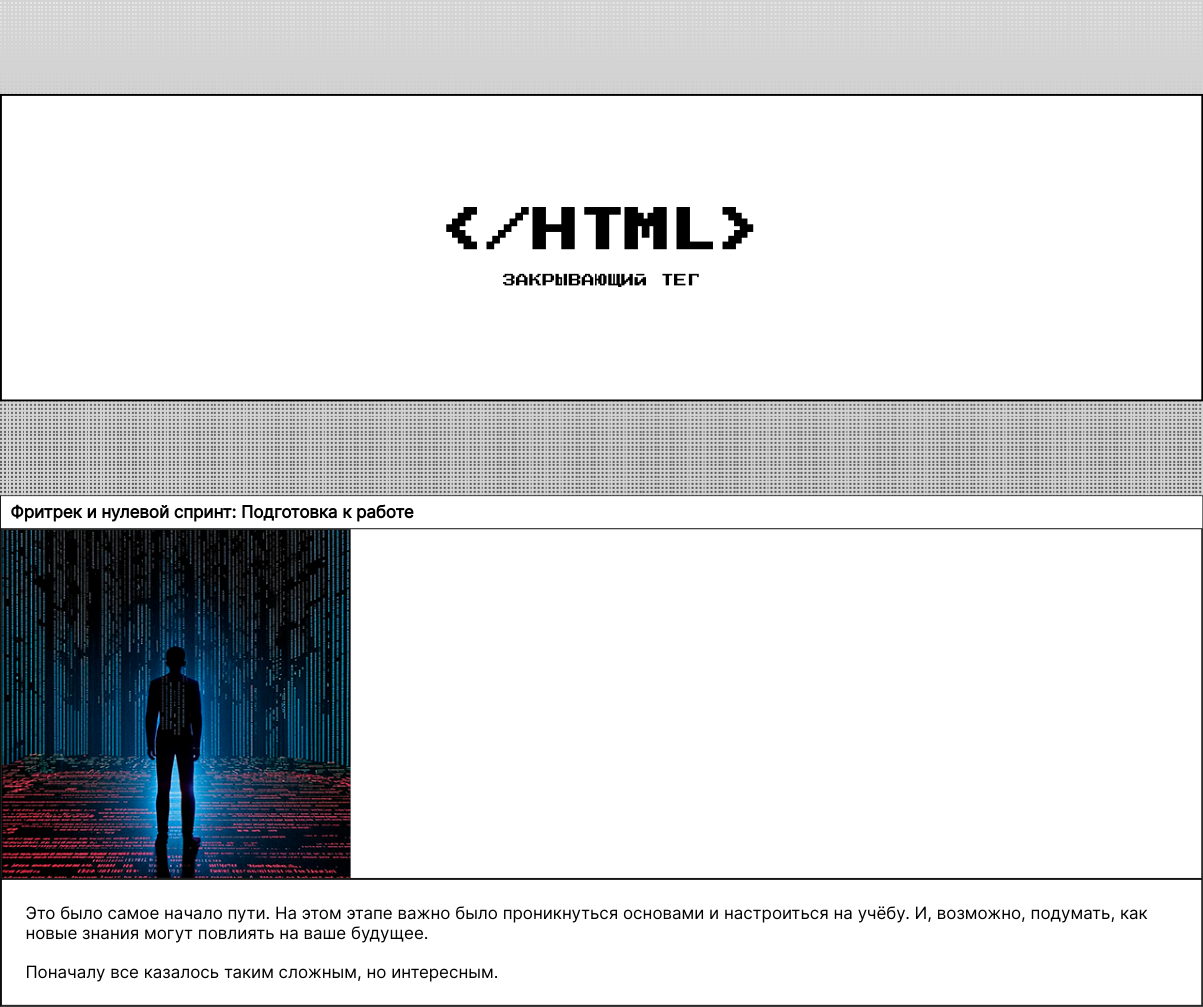
Repository: NikWolf75/zakrivayuschiy-teg-f
Page: index.html
An editor plug-in stored every save of this project. The page is shown before and after the next save, followed by the edit.
The browser window is 1280 px wide. The pictures show the whole page, at 94% of full size.
Backgrounds fixed to the window are drawn as part of the page.

Above is the page before, as saved 2025-03-16 17:43:16.

### index.html
<!DOCTYPE html>
<html lang="ru">
  <head>
    <meta charset="UTF-8" />
    <meta name="viewport" content="width=device-width, initial-scale=1.0" />
    <title>Закрывающий тег</title>
    <link rel="icon" href="./svg/favicon.svg" type="image/svg+xml" />
    <link rel="apple-touch-icon" href="./images/favicon.png" />
    <link rel="stylesheet" href="./fonts/fonts.css" />
    <link rel="stylesheet" href="./styles/variables.css" />
    <link rel="stylesheet" href="./styles/globals.css" />
    <link rel="stylesheet" href="./styles/style.css" />
    <link rel="stylesheet" href="./styles/animations.css" />
  </head>
  <body class="page">
    <header class="header">
      <div class="container">
        <h1 class="title-header">&lt;/HTML&gt;</h1>
        <h2 class="subtitle-header">закрывающий тег</h2>
      </div>
    </header>
    <main>
      <ul class="container__card">
        <li class="card">
          <h2 class="card__title">Фритрек и нулевой спринт: Подготовка к работе</h2>
          <div data-label="&lt;растерянность&gt;" class="wrap-image">
            <img src="./images/confusion.png" alt="растерянность перед кодом" class="post-image" />
          </div>
          <div class="card__desc">
            <p class="main__text">
              Это было самое начало пути.
              На этом этапе важно было проникнуться основами
              и настроиться на учёбу. И, возможно, подумать,
              как новые знания могут повлиять на ваше будущее.
            </p>
            <p class="main__sub-text">
              Поначалу все казалось таким сложным, но интересным.
            </p>
          </div>
        </li>
      </ul>
    </main>
    <script src="./scripts/like.js"></script>
  </body>
</html>

### fonts/fonts.css
/* В этом файле вы импортируете все шрифты для сайта. Один из них вариативный и требует особенной настройки */
@font-face {
    font-family: 'PressStart2P';
    font-style: normal;
    font-weight: 400;
    font-display: swap;
    src:
        local('PressStart2P'),
        url(./PressStart2P-Regular.woff) format('woff');
}

@font-face {
    font-family: 'Inter';
    font-weight: 400;
    font-display: swap;
    src:
        local('Inter')
        url(./Inter-Variable.woff2) format('woff2 support variations'),
        url(./Inter-Variable.woff2) format('woff2-variations')
}

### styles/variables.css
/* В этом файле будут храниться все значения переменных в исходном состоянии, а так же их изменения в зависимости от ширины устройства */
:root {
--font-title-ps2p: 'PressStart2P', sans-serif;
--font-title-Inter: 'Inter', sans-serif;
--background-gradient-main:#d3d3d3;
--background-gradient-line:#e7e7e7;
--background-gradient-lines:#1a1a1a;
--font-weight-normal: 400;
--font-weight-bold: 700;

--gradients: repeating-linear-gradient(-90deg, #d3d3d3 0px, #d3d3d3 2px, transparent 2px, transparent 4px),
repeating-linear-gradient(#d3d3d3 0px, #d3d3d3 2px, transparent 2px, transparent 4px),
repeating-linear-gradient(#e7e7e7 0.01%, #1a1a1a);

--backround-color: #fff;
--border-color: #000;
}

### styles/style.css
/* Здесь вы напишете основную часть стилей страницы.

Будьте внимательны! Для корректной работы скриптов на этом сайте нужно, чтобы в HTML некоторые классы были названы особым образом:
✦ like-icon — для svg-иконки анимированного сердца
✦ card__like-button — для кнопки Like рядом с иконкой
✦ card__icon-button — для кнопки, оборачивающей иконку
✦ card__icon-button — для кнопки, оборачивающей иконку
✦ is-liked — для обозначения состояния лайкнутой иконки в виде сердца
✦ button__text — для обозначения текстового элемента внутри кнопки

*/

.page {
  min-inline-size: 320px;
  min-block-size: 100dvh;
  background-image: var(--gradients);
  background-position: center;
  background-size: cover;
  background-attachment: fixed;
  background-repeat: no-repeat;
}

.header {
  width: 100%;
}

.title-header {
  display: flex;
  font-weight: 400px;
  justify-content: center;
  align-items: center;
  font-size: 49px;
  line-height: 49px;
  font-family: var(--font-title-ps2p);
}

.subtitle-header {
  display: flex;
  font-family: var(--font-title-ps2p);
  font-weight: 400;
  font-size: 14px;
  justify-self: center;
  line-height: 14px;
  margin-top: 20px;
  text-transform: uppercase;
}

.container {
  background-color: var(--backround-color);
  margin-top: 100px;
  border: 2px var(--border-color) solid;
  width: 100%;
  justify-self: center;
  padding-bottom: 120px;
  padding-top: 120px;
}

.container__card {
  display: flex;
  margin-top: 100px;
  flex-direction: column;
  row-gap: 50px;
}

.card__title {
  font-family: var(--font-title-Inter);
  font-weight: var(--font-weight-bold);
  font-size: 18px;
  border: 2px var(--backround-color) solid;
  padding: 4px 8px;
  line-height: 1.2;
}

.card {
  display: flex;
  flex-direction: column;
  border: 1px var(--border-color) solid;
  background-color: var(--backround-color);
}

.wrap-image {
  display: inline-flex;
  width: 100%;
  position: relative;
  border: 1px var(--border-color) solid;
}

.main__text, .main__sub-text {
  font-family: var(--font-title-Inter);
  font-weight: var(--font-weight-normal);
  font-size: 18px;
  line-height: 21px;
}

.card__desc {
  display: flex;
  flex-direction: column;
  padding: 25px;
  border: 1px var(--border-color) solid;
  gap: 20px;
}

### styles/animations.css
/* Опишите в этом файле все keyframes для проекта и стили анимаций иконки Like.

Будьте внимательны! Для корректной работы скриптов на этом сайте нужно, чтобы в HTML некоторые классы были названы особым образом:
✦ like-icon — для svg-иконки анимированного сердца
✦ card__like-button — для кнопки Like рядом с иконкой
✦ card__icon-button — для кнопки, оборачивающей иконку
✦ card__icon-button — для кнопки, оборачивающей иконку
✦ is-liked — для обозначения состояния лайкнутой иконки в виде сердца
✦ button__text — для обозначения текстового элемента внутри кнопки

*/

### scripts/like.js
/* этот скрипт использует такие имена классов:
✦ like-icon — для svg-иконки анимированного сердца
✦ card__like-button — для кнопки Like рядом с иконкой
✦ card__icon-button — для кнопки, оборачивающей иконку
✦ card__icon-button — для кнопки, оборачивающей иконку
✦ is-liked — для обозначения состояния лайкнутой иконки в виде сердца
✦ button__text — для обозначения текстового элемента внутри кнопки
Если эти классы поменять в HTML, скрипт перестанет работать. Будьте аккуратны.
*/

const likeHeartArray = document.querySelectorAll('.like-icon');
const likeButtonArray = document.querySelectorAll('.card__like-button');
const iconButtonArray = document.querySelectorAll('.card__icon-button');

iconButtonArray.forEach((iconButton, index) => {
  iconButton.onclick = () =>
    toggleIsLiked(likeHeartArray[index], likeButtonArray[index]);
});

likeButtonArray.forEach((button, index) => {
  button.onclick = () => toggleIsLiked(likeHeartArray[index], button);
});

function toggleIsLiked(heart, button) {
  heart.classList.toggle('is-liked');
  setButtonText(heart, button);
}

function setButtonText(heart, button) {
  if ([...heart.classList].includes('is-liked')) {
    setTimeout(
      () => (button.querySelector('.button__text').textContent = 'Unlike'),
      500
    );
  } else {
    setTimeout(
      () => (button.querySelector('.button__text').textContent = 'Like'),
      500
    );
  }
}

Loaded but not shown: styles/globals.css (common file)

After the next save:
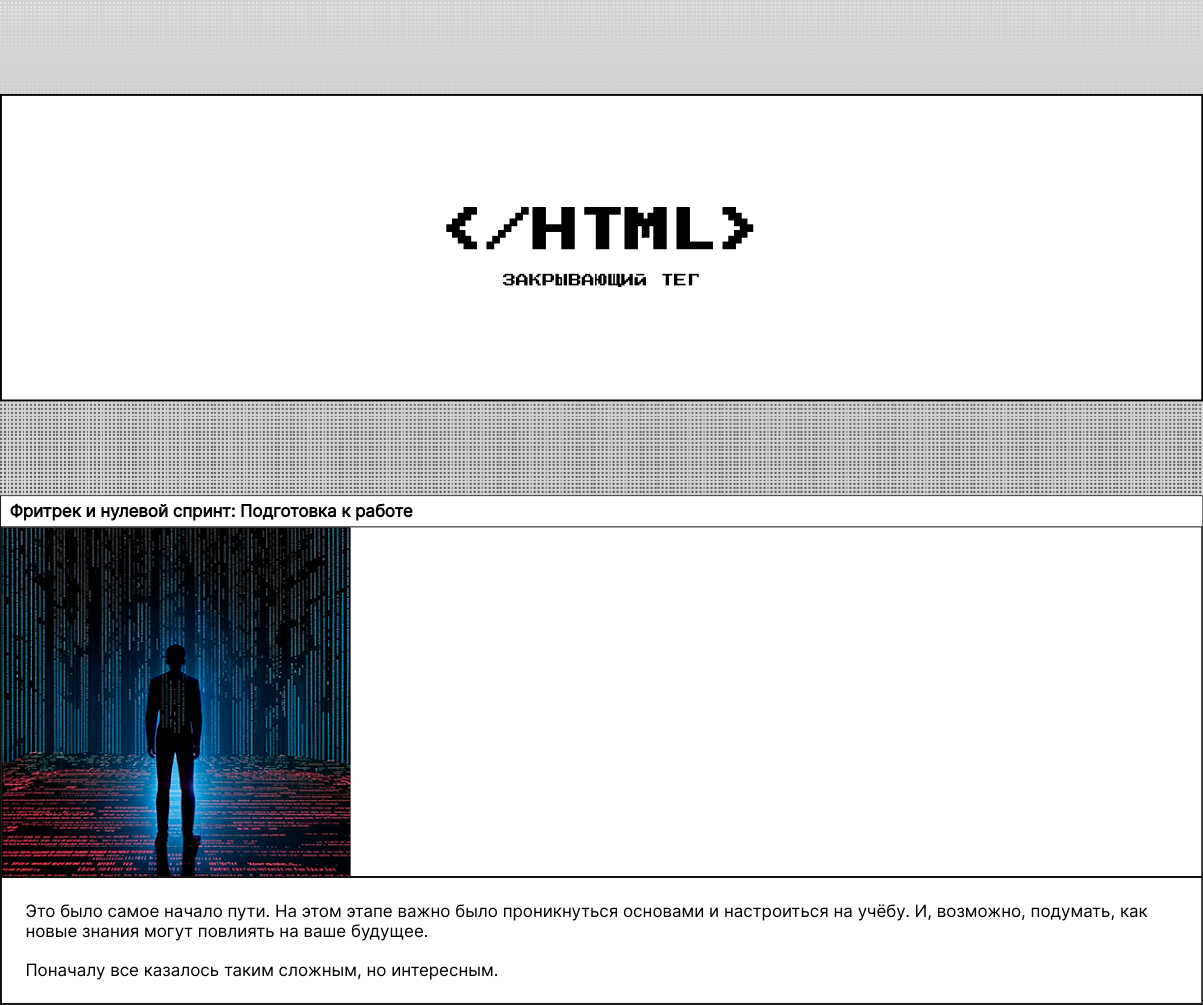
Saved 6 s later.
--- a/styles/style.css
+++ b/styles/style.css
@@ -66,7 +66,7 @@
   font-family: var(--font-title-Inter);
   font-weight: var(--font-weight-bold);
   font-size: 18px;
-  border: 2px var(--backround-color) solid;
+  border: 1px var(--backround-color) solid;
   padding: 4px 8px;
   line-height: 1.2;
 }

After the 3 saves that followed:
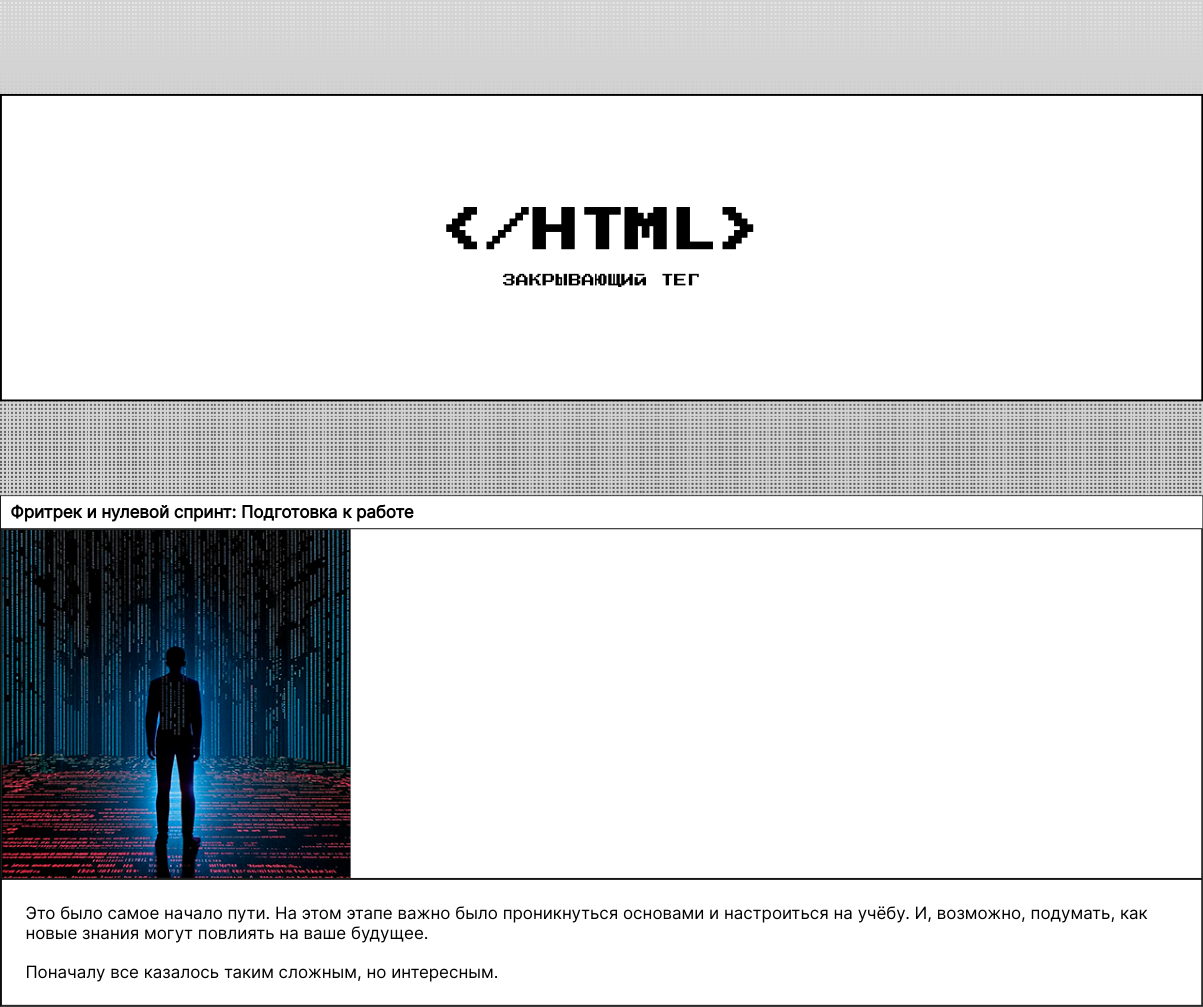
The 3 saves are shown as one change because they came seconds apart.
The last was saved 12 s later.
--- a/styles/style.css
+++ b/styles/style.css
@@ -67,8 +67,8 @@
   font-weight: var(--font-weight-bold);
   font-size: 18px;
   border: 1px var(--backround-color) solid;
-  padding: 4px 8px;
-  line-height: 1.2;
+  padding: 6px 9px;
+  line-height: 1.1;
 }
 
 .card {
